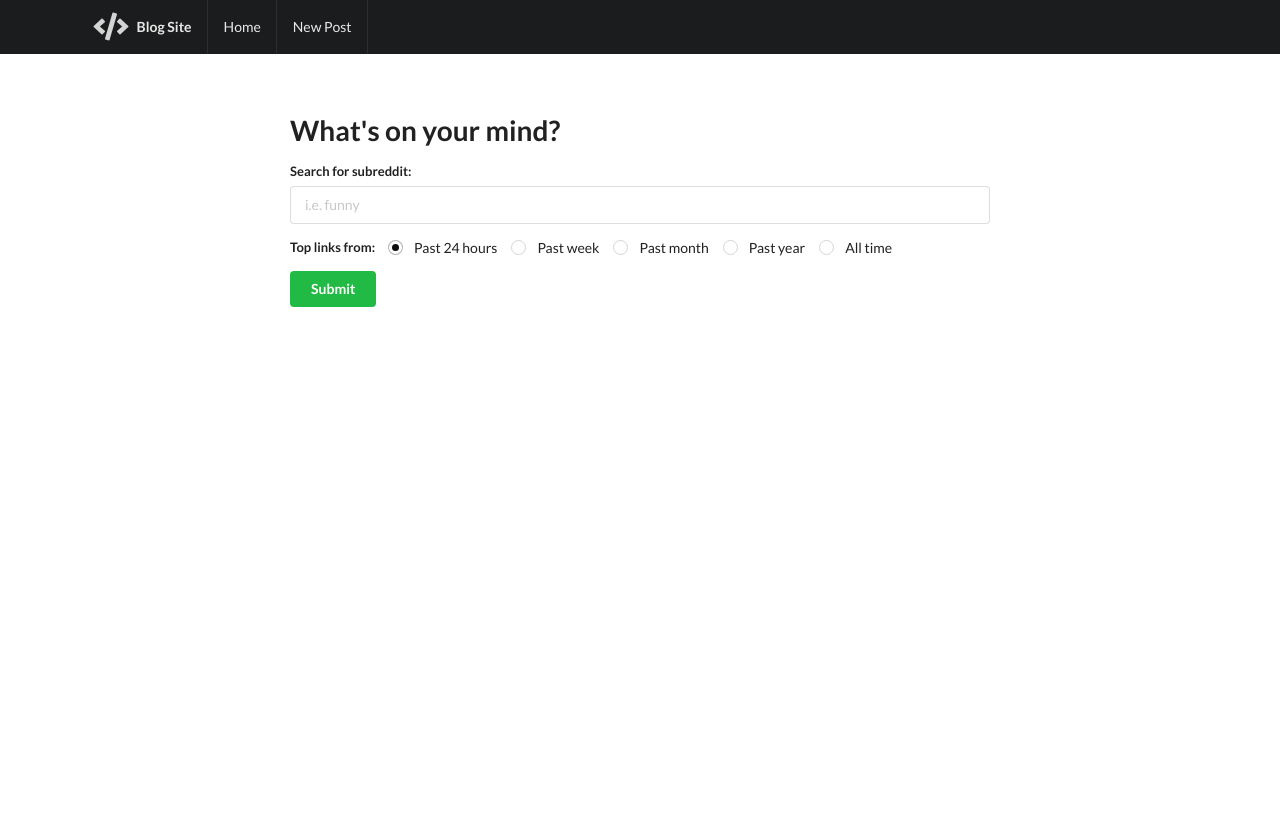
Repository: nikdmello/best-of-reddit-webapp
Page: http://localhost/
The author's editor kept a record of every edit. The page is drawn from the files as they stood at one moment, then again after the next edit.
The browser window is 1280 px wide. The pictures show the whole page.
Some web libraries are served in a nearby version. The page is served by the project's Node server (app.js).

Above is the page before.

After the next edit:
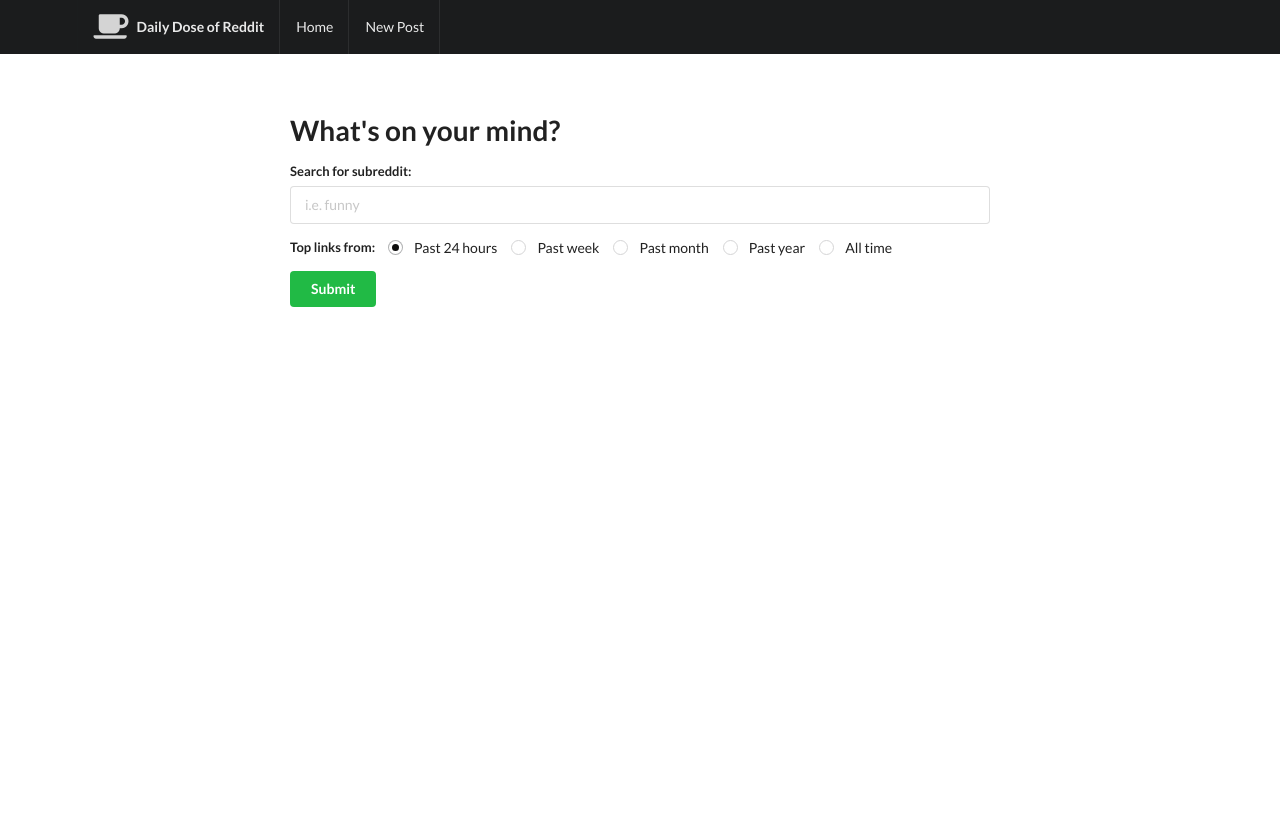
The edit:
--- a/views/partials/header.ejs
+++ b/views/partials/header.ejs
@@ -30,8 +30,8 @@
   <div class="ui fixed inverted menu">
     <div class="ui container">
       <div href="#" class="header item">
-        <i class="code icon"></i>
-        Blog Site
+        <i class="coffee icon"></i>
+        Daily Dose of Reddit
       </div>
       <a href="/" class="item">Home</a>
       <a href="/blogs/new" class="item">New Post</a>
